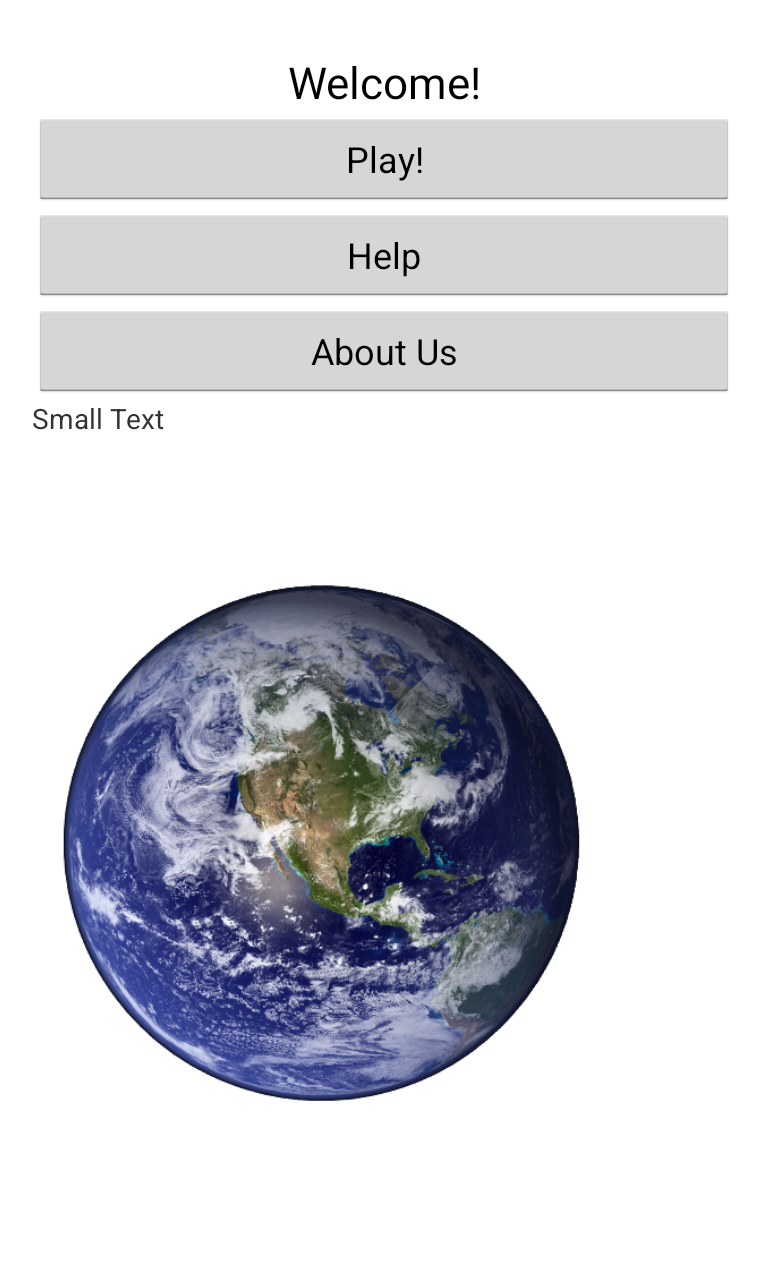
Repository: AGNT/Mobile_application_SU13
Layout: android/Locate/res/layout/activity_menu.xml
These files come from the project's save history. The layout is drawn as it stood at one moment and after the next save; the edit follows.
It is drawn on a 768 x 1280 px phone screen (xhdpi) without system bars, with theme AppTheme; the app's code is not run.

Above is the layout before, as saved 2013-08-05 17:20:58.

After the next save:
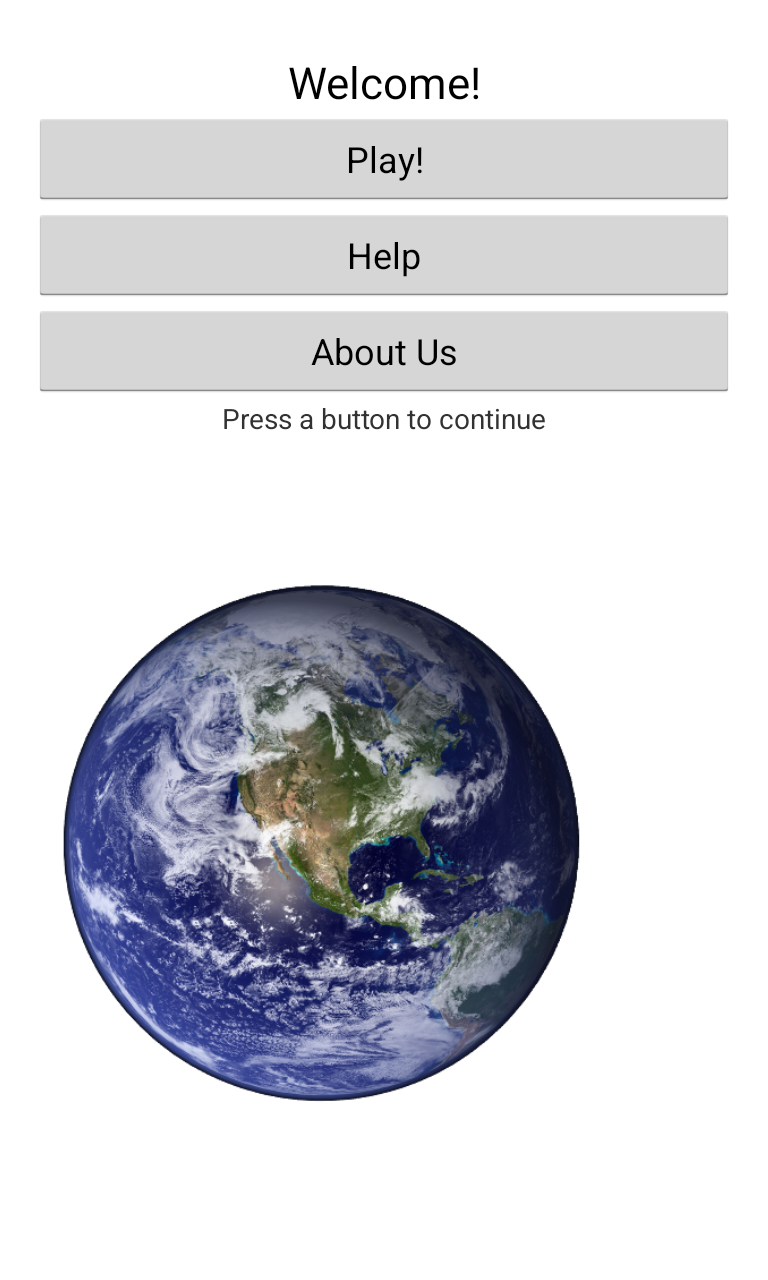
Saved 38 s later.
--- a/android/Locate/res/layout/activity_menu.xml
+++ b/android/Locate/res/layout/activity_menu.xml
@@ -43,7 +43,8 @@
         android:id="@+id/textView2"
         android:layout_width="match_parent"
         android:layout_height="wrap_content"
-        android:text="Small Text"
+        android:text="Press a button to continue"
+        android:gravity="center"
         android:textAppearance="?android:attr/textAppearanceSmall" />
 
     <ImageView
